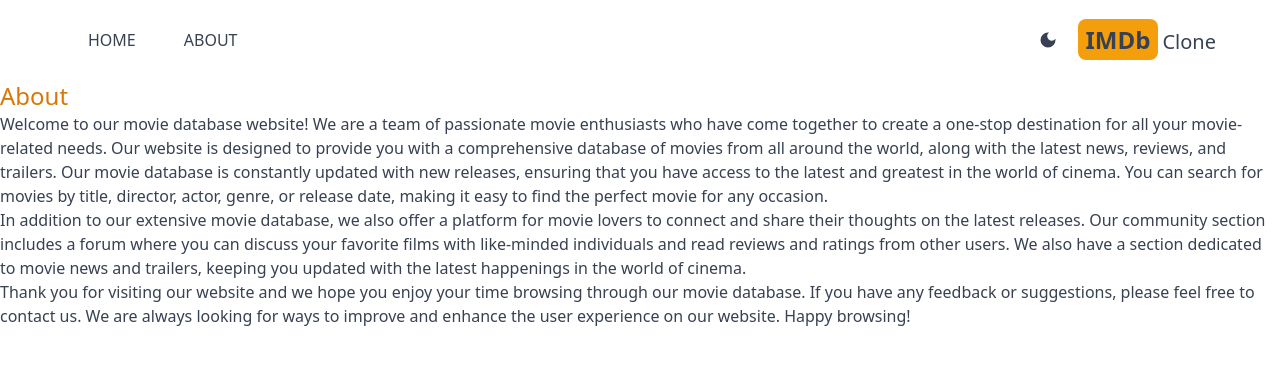
Repository: dnjfht/imdb
Page: /about
The author's editor kept a copy of each file at every save. The page is drawn from the files as they stood at one save, then again after the next save.
The browser window is 1280 px wide. The pictures show the whole page.
The project was rebuilt for these pictures with package versions that can differ from the ones it lists, and the page was loaded fresh each time. The framework's server and built-in components were replaced by stand-ins that run in the browser. Also part of the build but not shown: next.config.js.

Above is the page before, as saved 2023-10-02 11:58:42.

### src/app/layout.js
import Providers from "./Providers";
import Header from "./components/Header";
import "./globals.css";

export const metadata = {
  title: "IMDb Clobe",
  description: "This is the IMDb clone website",
};

export default function RootLayout({ children }) {
  return (
    <html lang="en">
      <head>
        <link rel="icon" href="/favicon.ico" />
      </head>

      <body>
        <Providers>
          {/* Header */}
          <Header />

          {/* Navbar */}

          {/* SearchBox */}

          {children}
        </Providers>
      </body>
    </html>
  );
}

### src/app/about/page.js
export default function About() {
  return (
    <div>
      <h1 className="text-2xl font-medium text-amber-600">About</h1>

      <p>
        Welcome to our movie database website! We are a team of passionate movie
        enthusiasts who have come together to create a one-stop destination for
        all your movie-related needs. Our website is designed to provide you
        with a comprehensive database of movies from all around the world, along
        with the latest news, reviews, and trailers. Our movie database is
        constantly updated with new releases, ensuring that you have access to
        the latest and greatest in the world of cinema. You can search for
        movies by title, director, actor, genre, or release date, making it easy
        to find the perfect movie for any occasion.
      </p>

      <p>
        In addition to our extensive movie database, we also offer a platform
        for movie lovers to connect and share their thoughts on the latest
        releases. Our community section includes a forum where you can discuss
        your favorite films with like-minded individuals and read reviews and
        ratings from other users. We also have a section dedicated to movie news
        and trailers, keeping you updated with the latest happenings in the
        world of cinema.
      </p>

      <p>
        Thank you for visiting our website and we hope you enjoy your time
        browsing through our movie database. If you have any feedback or
        suggestions, please feel free to contact us. We are always looking for
        ways to improve and enhance the user experience on our website. Happy
        browsing!
      </p>
    </div>
  );
}

### src/app/Providers.jsx
"use client";

import { ThemeProvider } from "next-themes";

export default function Providers({ children }) {
  return (
    <ThemeProvider enableSystem={true} attribute="class">
      <div className="dark:bg-gray-700 dark:text-gray-200 text-gray-700 transition-color duration-300 min-h-screen select-none">
        {children}
      </div>
    </ThemeProvider>
  );
}

### src/app/components/Header.jsx
import Link from "next/link";
import MenuItem from "./MenuItem";

import { AiFillHome } from "react-icons/ai";
import { HiInformationCircle } from "react-icons/hi";
import DarkModeSwitch from "./DarkModeSwitch";

export default function Header() {
  return (
    <div className="flex items-center justify-between mx-2 max-w-6xl sm:mx-auto py-6">
      <div className="flex">
        <MenuItem title="HOME" address="/" Icon={AiFillHome} />
        <MenuItem title="ABOUT" address="/about" Icon={HiInformationCircle} />
      </div>

      <div className="flex items-center space-x-5">
        <DarkModeSwitch />

        <Link href="/">
          <h2 className="text-2xl">
            <span className="font-bold bg-amber-500 py-1 px-2 rounded-lg mr-1">
              IMDb
            </span>
            <span className="text-xl hidden sm:inline">Clone</span>
          </h2>
        </Link>
      </div>
    </div>
  );
}

### src/app/components/MenuItem.jsx
import Link from "next/link";

export default function MenuItem({ title, address, Icon }) {
  return (
    <div>
      <Link href={address} className="mx-4 lg:mx-6 hover:text-amber-600">
        {/* 페이지를 새로 고치지 않고 해당 웹사이트, 해당 URL로 이동. */}
        <Icon className="text-2xl sm:hidden mx-4" />
        <p className="hidden sm:inline my-2 text-small">{title}</p>
      </Link>
    </div>
  );
}

### src/app/components/DarkModeSwitch.jsx
"use client";

import { useTheme } from "next-themes";
import { useEffect, useState } from "react";
import { MdDarkMode } from "react-icons/md";
import { MdLightMode } from "react-icons/md";

export default function DarkModeSwitch() {
  const { systemTheme, theme, setTheme } = useTheme();
  const [mounted, setMounted] = useState(false);

  useEffect(() => setMounted(true), []);

  const currentTheme = theme === "system" ? systemTheme : theme;

  return (
    <>
      {mounted &&
        (currentTheme === "dark" ? (
          <MdLightMode
            className="text-xl cursor-pointer hover:text-amber-500"
            onClick={() => {
              setTheme("light");
            }}
          />
        ) : (
          <MdDarkMode
            className="text-xl cursor-pointer hover:text-amber-500"
            onClick={() => {
              setTheme("dark");
            }}
          />
        ))}
    </>
  );
}

Loaded but not shown: src/app/globals.css (common file); tailwind.config.js (common file)

After the next save:
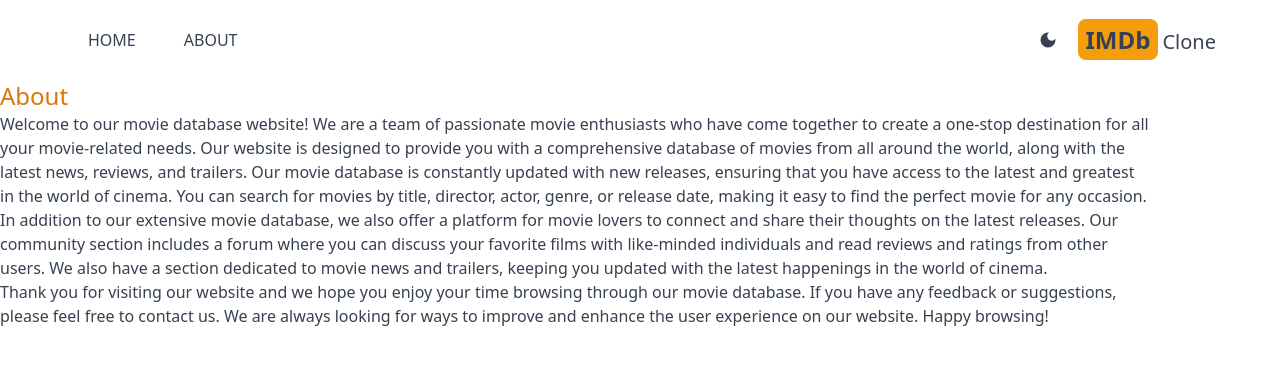
Saved 38 s later.
--- a/src/app/about/page.js
+++ b/src/app/about/page.js
@@ -1,6 +1,6 @@
 export default function About() {
   return (
-    <div>
+    <div className="max-w-6xl">
       <h1 className="text-2xl font-medium text-amber-600">About</h1>
 
       <p>
